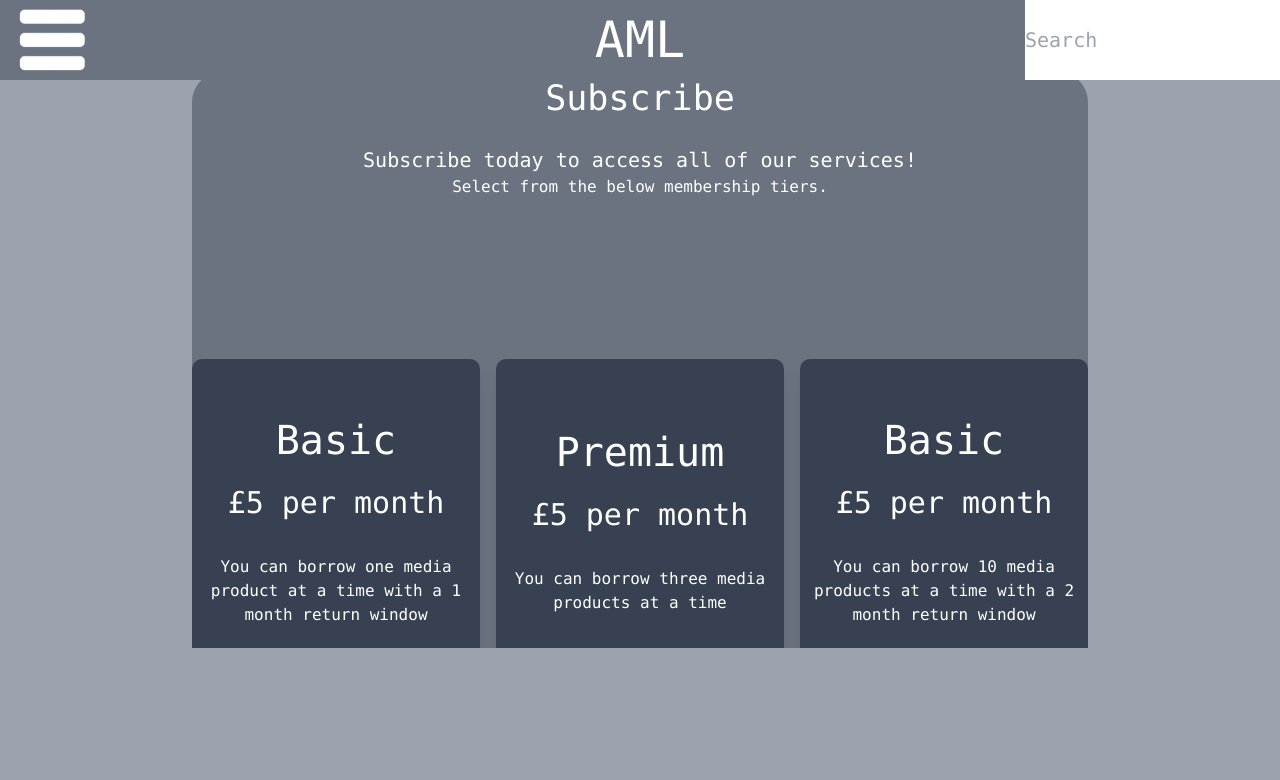
Repository: DuyKhanhDo/AML-Concept
Page: http://localhost/subscribe
These files come from the project's save history. The page is drawn as it stood at one moment and after the next save; the edit follows.
The browser window is 1280 px wide. The pictures show the whole page.
Some web libraries are served in a nearby version. The page is served by the project's Laravel application, run on PHP 8.4 with Laravel 12. A made-up administrator, Test User (test@example.com), is signed in. Other server files are loaded and not shown.

Above is the page before, as saved 2024-11-11 13:05:06.

### routes/web.php
<?php

use App\Http\Controllers\RegisterController;
use App\Http\Controllers\LogInController;
use App\Http\Controllers\ProfileController;
use App\Http\Controllers\SubscriptionController;
use Illuminate\Support\Facades\Route;
use Illuminate\Support\Facades\Auth;

Auth::routes();

Route::get('/', function () {
    return view('catalogue');
});

Route::get('/login', [LogInController::class, 'LogInView'])->name('login');
Route::post('/submit-login', [LogInController::class, 'Submit'])->name('submit.login');

Route::get('/register', [RegisterController::class, 'RegisterView'])->name('register');
Route::post('/submit-register', [RegisterController::class, 'Submit'])->name('submit.register');

Route::get('/subscribe', [SubscriptionController::class, 'SubscribeView'])->name('subscribe');

Route::post('/logout', function(){
    Auth::logout();
    return redirect()->back();
})->name('logout');

### app/Models/User.php
<?php

namespace App\Models;

use Illuminate\Auth\Middleware\Authenticate;
use Illuminate\Database\Eloquent\Model;
use Illuminate\Foundation\Auth\User as Authenticatable;
use Illuminate\Notifications\Notifiable;

class User extends Authenticatable
{
    use Notifiable;
    public $timestamps = false;

    protected $table = 'Users';

    protected $fillable = ['name', 'email', 'password', 'dob'];
};

### app/Http/Controllers/SubscriptionController.php
<?php

namespace App\Http\Controllers;

use Illuminate\Http\Request;

class SubscriptionController extends Controller
{
    public function __construct()
    {
        $this->middleware('auth');
    }

    public function SubscribeView()
    {
        return view('subscribe');
    }
}

### resources/views/subscribe.blade.php
<x-base>
    <x-slot:content>
        <main class="flex justify-center items-center h-screen">
            <div class="absolute top-[5vh] bg-gray-500 w-[70vw] h-[80vh] mt-[5vh] rounded-[30px] flex items-center flex-col">
                <h1 class="text-[35px]">Subscribe</h1>
                <h3 class="text-[20px] mt-[20px]">Subscribe today to access all of our services!</h3>
                <h5>Select from the below membership tiers.</h5>
                <div class="flex overflow-x-auto w-full space-x-4 justify-center">
                    <x-subscription-tier tier='Basic' price='£5' benefits='You can borrow one media product at a time with a 1 month return window'></x-subscription-tier>
                    <x-subscription-tier tier='Premium' price='£5' benefits='You can borrow three media products at a time'></x-subscription-tier>
                    <x-subscription-tier tier='Basic' price='£5' benefits='You can borrow 10 media products at a time with a 2 month return window'></x-subscription-tier>
                </div>
            </div>
        </main>
    </x-slot>
</x-base>

### resources/views/components/subscription-tier.blade.php
<button class="bg-gray-700 rounded-[10px] w-[20rem] h-[20rem] shadow-lg mt-[10rem]">
    <h2 class="text-[40px] mb-[10px]">{{ $tier }}</h2>
    <h2 class="text-[30px] mb-[30px]">{{ $price }} per month</h2>
    <h3>{{ $benefits }}</h3>
</button>

### resources/views/components/base.blade.php
<!DOCTYPE html>
<html lang="en">
<head>
    <meta charset="UTF-8">
    <meta name="viewport" content="width=device-width, initial-scale=1.0">
    <title>AML</title>
    <script src="https://cdn.tailwindcss.com"></script>
</head>
<body class="bg-gray-400 font-mono">
    <x-navigation-bar></x-navigation-bar>
    <main class="mt-[5vh] text-white text-center">
        {{ $content }}
    </main>
</body>
</html>

### resources/views/components/navigation-bar.blade.php
<div class="fixed left-0 top-0 w-full h-[5rem] flex items-center justify-center bg-gray-500 m-0 p-0 box-border font-mono z-50">
    <button id="toggle-sidebar" class="absolute left-0 ml-[10px] h-full"><img class="h-full" draggable="false" src="{{ asset('assets/sidebar-img.png') }}" alt=""></button>
    <h1 class="text-[50px] text-white">AML</h1>
    <input type="text" class="absolute right-0 ml-[10px] h-full radius-[20px] text-[20px]" placeholder="Search">
</div>
<div id="sidebar" class="fixed left-0 top-[5rem] bg-gray-500 w-[20rem] h-[95vh] flex flex-col opacity-0 z-50 transition-opacity duraction-900">
    <ul class="text-center text-white w-full flex items-center">
        <x-side-bar-btn :csrf=false method="GET" route="/" name="Catalogue"></x-side-bar-btn>
    </ul>
    <ul class="absolute bottom-0 flex flex-col text-center text-white w-full flex items-center">
        @if (Auth::check())
            <x-side-bar-btn :csrf=true method="POST" route="{{ route('logout') }}" name="Sign out"></x-side-bar-btn>
        @else
            <x-side-bar-btn :csrf=false method="GET" route="{{ route('login') }}" name="Log in"></x-side-bar-btn>
            <x-side-bar-btn :csrf=false method="GET" route="{{ route('register') }}" name="Register"></x-side-bar-btn>
        @endif
    </ul>
</div>

<script>
    const button = document.getElementById('toggle-sidebar')
    const sidebar = document.getElementById('sidebar')

    button.addEventListener('click',function(){
        sidebar.classList.toggle('opacity-0');
        sidebar.classList.toggle('opacity-100');
    })
</script>

### resources/views/components/side-bar-btn.blade.php
<form class="w-full" method="{{ $method }}" action='{{ $route }}'>
    @if ($csrf == true)
        @csrf
    @endif

    <li class="mx-auto bg-gray-700 w-full h-[5rem] mb-[10px] flex items-center justify-center">
        <button type="submit" class="font-mono text-[30px] w-full">
            {{ $name }}
        </button>
    </li>
</form>

Loaded but not shown: app/Http/Controllers/Auth/ConfirmPasswordController.php (common file); app/Http/Controllers/Controller.php (common file)

After the next save:
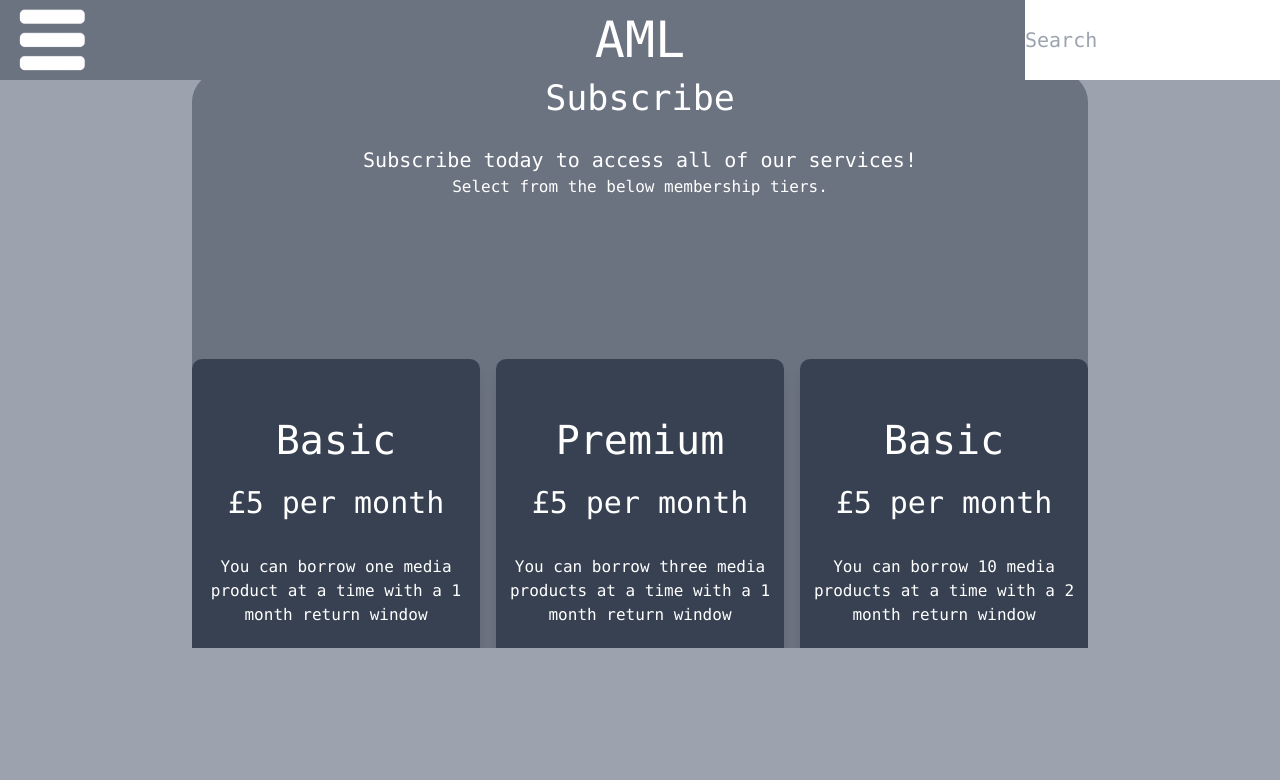
Saved 4 s later.
--- a/resources/views/subscribe.blade.php
+++ b/resources/views/subscribe.blade.php
@@ -7,7 +7,7 @@
                 <h5>Select from the below membership tiers.</h5>
                 <div class="flex overflow-x-auto w-full space-x-4 justify-center">
                     <x-subscription-tier tier='Basic' price='£5' benefits='You can borrow one media product at a time with a 1 month return window'></x-subscription-tier>
-                    <x-subscription-tier tier='Premium' price='£5' benefits='You can borrow three media products at a time'></x-subscription-tier>
+                    <x-subscription-tier tier='Premium' price='£5' benefits='You can borrow three media products at a time with a 1 month return window'></x-subscription-tier>
                     <x-subscription-tier tier='Basic' price='£5' benefits='You can borrow 10 media products at a time with a 2 month return window'></x-subscription-tier>
                 </div>
             </div>
